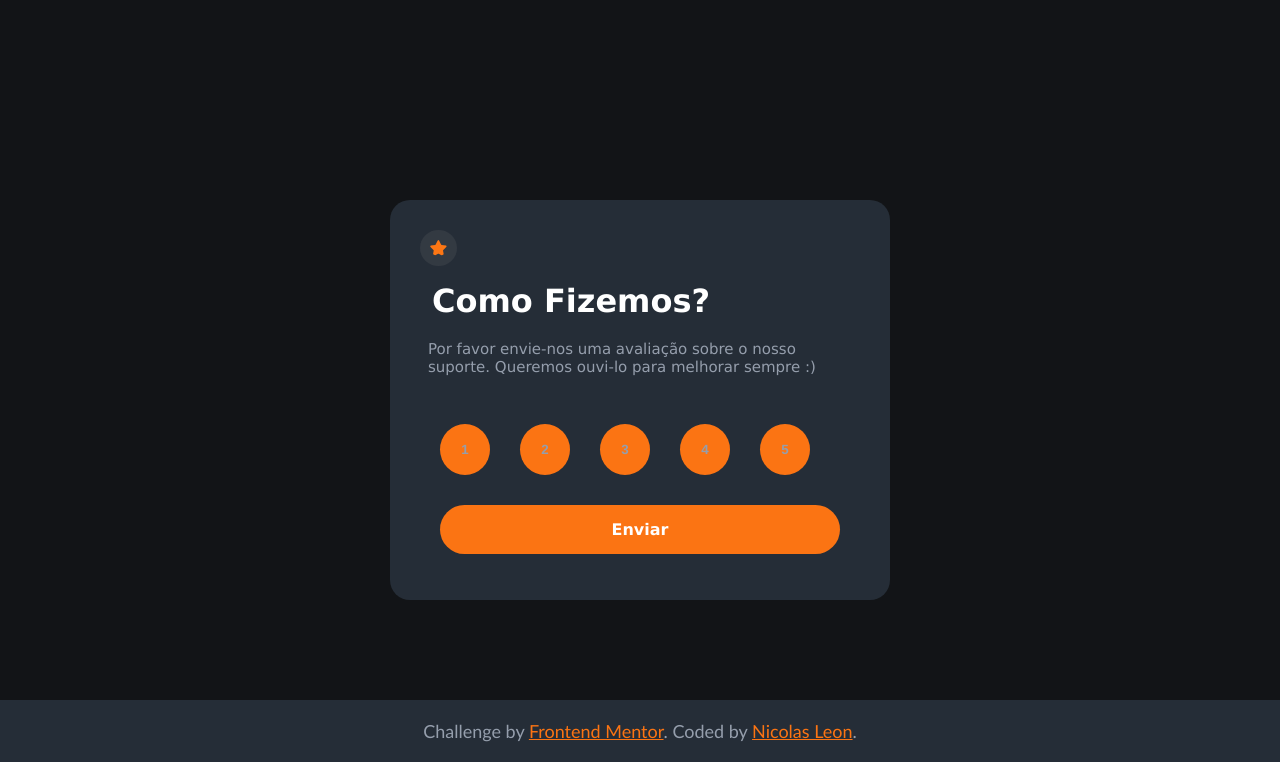
Repository: Leonngc/projeto-avaliacao
Page: index.html
These files come from the project's save history. The page is drawn as it stood at one moment and after a run of saves; the edit follows.
The browser window is 1280 px wide. The pictures show the whole page.

Above is the page before, as saved 2023-01-30 01:41:03.

### index.html
<!DOCTYPE html>
<html lang="pt-br">

<head>
  <meta charset="UTF-8">
  <meta name="viewport" content="width=device-width, initial-scale=1.0">
  <!-- displays site properly based on user's device -->

  <link rel="icon" type="image/png" sizes="32x32" href="./images/favicon-32x32.png">
  <script src="js/index.js" defer></script>

  <title>Frontend Mentor | Interactive rating component</title>

  <link rel="stylesheet" href="styles/style.css">
</head>

<body>

  <!-- Rating state start -->
  <div id="card">
    <img src="images/icon-star.svg" alt="" id="icon">
    <div id="mensage">
      <h1>Como Fizemos?</h1>
      <p>Por favor envie-nos uma avaliação sobre o nosso suporte. Queremos ouvi-lo para melhorar sempre :)</p>
    </div>

    <ul id="container-btns">
      <li><button class="rate-btn" disabled>1</button></li>
      <li><button class="rate-btn" disabled>2</button></li>
      <li><button class="rate-btn" disabled>3</button></li>
      <li><button class="rate-btn" disabled>4</button></li>
      <li><button class="rate-btn" disabled>5</button></li>
    </ul>
    <button id="submit-btn">Enviar</button>
    </div>

  <!-- Rating state end -->

  <!-- Thank you state start -->

  <section id="result-avaliation">
    <div id="thank-image">
      <img src="images/illustration-thank-you.svg" alt="">
    </div>
    <span id="avaliation-user">You selected <!--ratting result --> out of 5</span>
    <h1>Thank you!</h1>
    <p id="thanks-mensage">
      We appreciate you taking the time to give a rating. If you ever need more support,
      don’t hesitate to get in touch!
    </p>
  </section>

  <!-- Thank you state end -->


  <footer class="attribution">
    Challenge by <a href="https://www.frontendmentor.io?ref=challenge" target="_blank">Frontend Mentor</a>.
    Coded by <a href="#">Nicolas Leon</a>.
  </footer>
</body>

</html>

### js/index.js
let rateBtn = document.querySelectorAll('.rate-btn');
const sent = document.querySelector('#submit-btn');

sent.addEventListener('click', ()=>{
    window.alert("test")
})



rateBtn.forEach((rate) =>{
    rate.addEventListener("click", () =>{

    })
});

### styles/style.css
:root {
  --very-dark-blue: hsl(216, 12%, 8%);
  --dark-blue: hsl(213, 19%, 18%);
  --medium-grey: hsl(216, 12%, 54%);
  --light-grey: hsl(217, 12%, 63%);
}

* {
  margin: 0;
  padding: 0;
  box-sizing: border-box;
}

body {
  background-color: var(--very-dark-blue);
}

#card {
  background-color: var(--dark-blue);
  width: 500px;
  height: 400px;
  margin: auto;
  margin-top: 200px;
  padding: 30px;
  border-radius: 20px;
}

#icon {
  background-color: rgba(124, 122, 122, 0.162);
  padding: 10px;
  border-radius: 50%;
}

#mensage > h1 {
  font-family: "Lucida Sans", "Lucida Sans Regular", "Lucida Grande",
    "Lucida Sans Unicode", Geneva, Verdana, sans-serif;
  color: white;
  padding: 12px;
}

#mensage > p {
  padding: 8px;
  font-size: 15px;
  font-family: Verdana, Geneva, Tahoma, sans-serif;
  color: var(--light-grey);
}

#container-btns {
  display: flex;
  margin-top: 40px;
  justify-content: center;
}

li {
  list-style: none;
  align-items: center;
  justify-content: center;
}

.rate-btn {
  margin-right: 30px;
  padding: 18px;
  border-radius: 50%;
  border: none;
  width: 50px;
  background-color: rgba(128, 128, 128, 0.216);
  color: var(--light-grey);
  font-family: "Franklin Gothic Medium", "Arial Narrow", Arial, sans-serif;
  font-weight: bolder;
}

.rate-btn:hover {
  background-color: var(--light-grey);
  color: white;
}

.rate-btn:disabled{
  background-color: hsl(25, 97%, 53%);
}

#submit-btn {
  display: block;
  margin: auto;
  margin-top: 30px;
  width: 400px;
  padding: 15px;
  border-radius: 30px;
  border: none;
  font-size: 16px;
  font-family: Verdana, Geneva, Tahoma, sans-serif;
  font-weight: bolder;
  background-color: hsl(25, 97%, 53%);
  color: white;
}

#submit-btn:hover{
  background-color: white;
  color: hsl(25, 97%, 53%);
}

#result-avaliation{
  background-color: var(--dark-blue);
  width: 500px;
  height: 400px;
  margin: auto;
  padding: 30px;
  border-radius: 20px;
  text-align: center;
  display: none;
}
#avaliation-user{
  display: block;
  background-color: hsla(216, 12%, 8%, 0.353);
  width: 200px;
  padding: 10px;
  margin: auto;
  margin-top: 20px;
  border-radius: 20px;
  font-family: 'Gill Sans', 'Gill Sans MT', Calibri, 'Trebuchet MS', sans-serif;
  font-size: 16px;
  color: hsl(25, 97%, 53%);
}


#result-avaliation > h1{
  margin-top: 40px;
  margin-bottom: 20px;
  color: white;
  font-family: 'Gill Sans', 'Gill Sans MT', Calibri, 'Trebuchet MS', sans-serif;
}

#thanks-mensage{
  margin: auto;
  color: var(--light-grey);
  font-size: 20px;
  font-family: 'Gill Sans', 'Gill Sans MT', Calibri, 'Trebuchet MS', sans-serif;
  width:384px;
}

footer{
  margin-top: 100px;
  padding: 20px;
  text-align: center;
  background-color: var(--dark-blue);
  color: var(--light-grey);
  font-size: 18px;
  font-family: 'Gill Sans', 'Gill Sans MT', Calibri, 'Trebuchet MS', sans-serif;
}

footer > a{
  color: hsl(25, 97%, 53%);
}

After the next 2 saves:
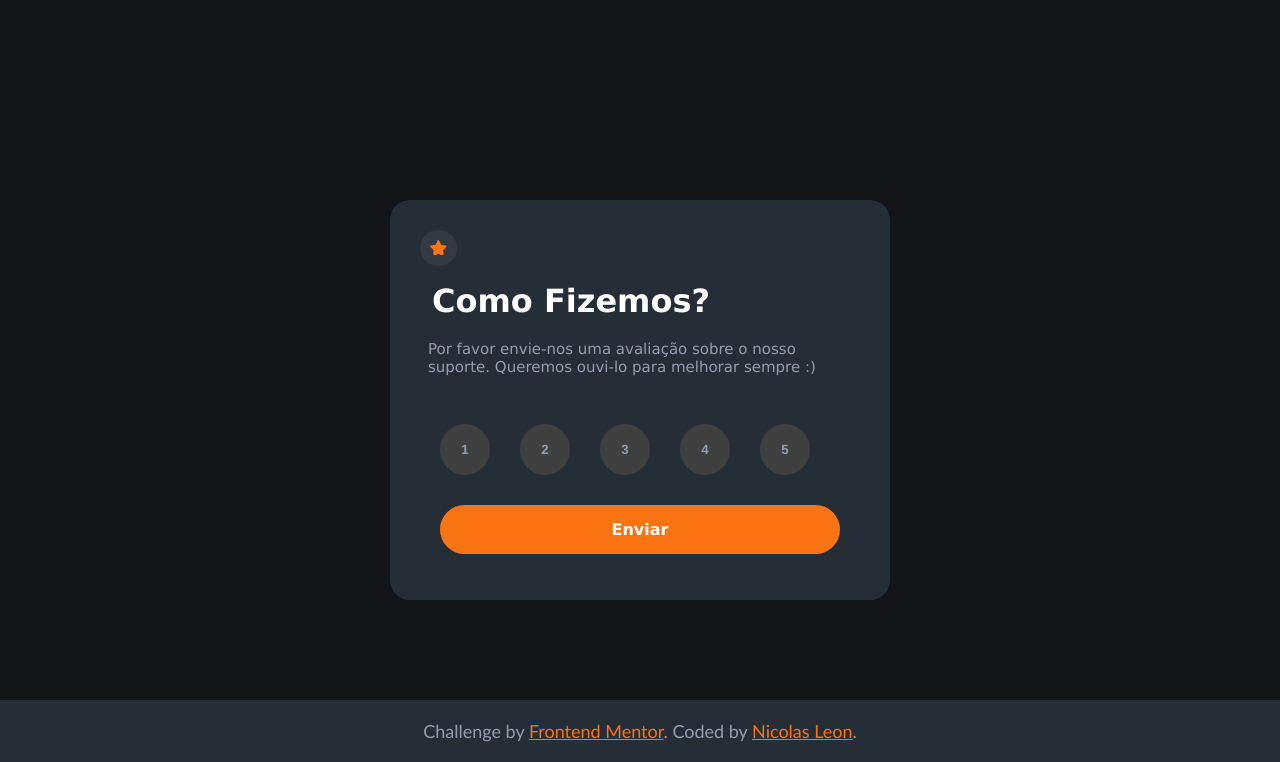
The 2 saves are shown as one change because they came seconds apart.
The last was saved 7 s later.
--- a/styles/style.css
+++ b/styles/style.css
@@ -75,7 +75,7 @@ li {
 }
 
 .rate-btn:disabled{
-  background-color: hsl(25, 97%, 53%);
+  background-color: hsl(0, 0%, 25%);
 }
 
 #submit-btn {
